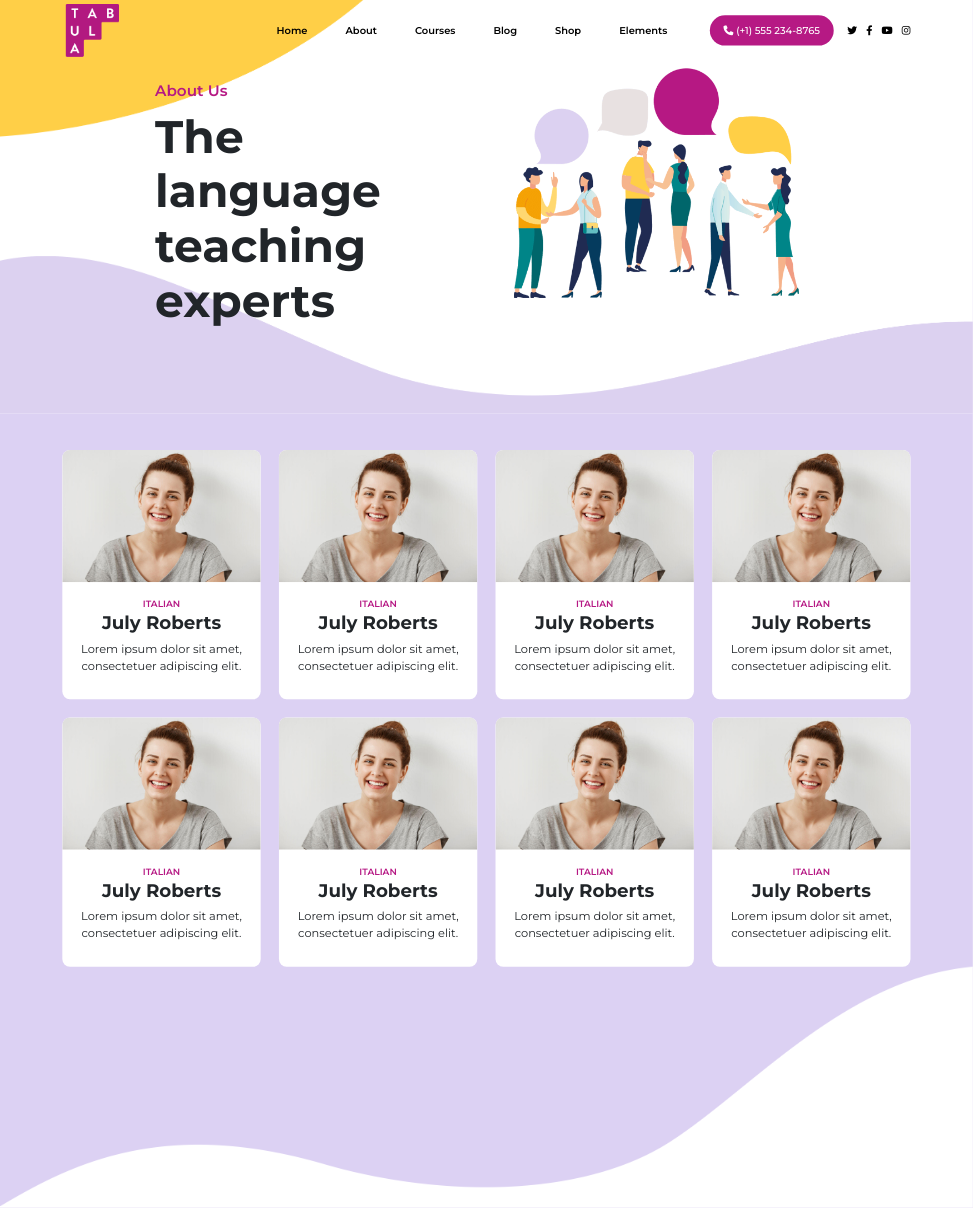
Repository: minhtrivu6199/tabula
Page: index.html
These files come from the project's save history. The page is drawn as it stood at one moment and after the next save; the edit follows.
The browser window is 1280 px wide. The pictures show the whole page, at 76% of full size.
Some web libraries are served in a nearby version. The style sheet was rebuilt from its Sass, Less or Tailwind sources for each picture, by a compiler version that may differ from the author's.

Above is the page before, as saved 2022-09-28 08:09:07.

After the next save:
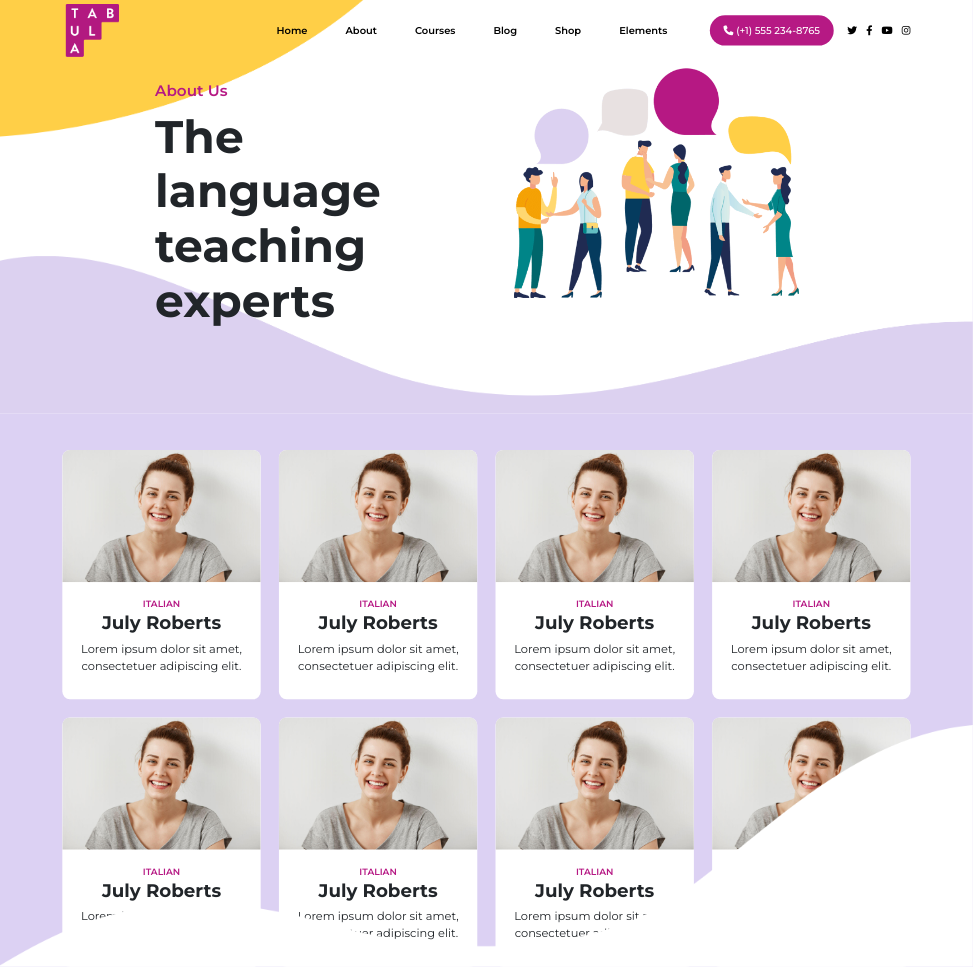
Saved 60 s later.
--- a/scss/style.scss
+++ b/scss/style.scss
@@ -200,6 +200,7 @@ img {
 .groupCard {
     background-color: #dcd1f3;
     position: relative;
+    z-index: 2;
     .container {
         .row {
             .card {
@@ -230,4 +231,10 @@ img {
             }
         }
     }
-}
+    .bottom-img {
+        position: absolute;
+        bottom: 0;
+        right: 0;
+        left: 0;
+    }
+}
